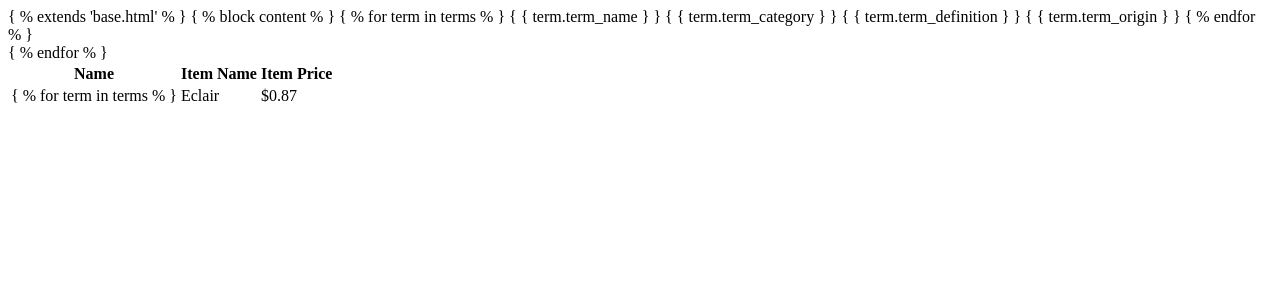
Repository: kalkiboru111/irish-dictionary-of-received-ideas
Page: http://localhost/get_terms
The author's editor kept a record of every edit. The page is drawn from the files as they stood at one moment, then again after the next edit.
The browser window is 1280 px wide. The pictures show the whole page.
The page is served by the project's application, run on Flask 3 (app.py). Queries for data that is not in the repository find no rows.

Above is the page before.

### templates/terms.html
{ % extends 'base.html' % }
{ % block content % }
{ % for term in terms % } { { term.term_name } } { { term.term_category } } { { term.term_definition } } { { term.term_origin } } { % endfor % }

<div class="container">
    <table class="striped centered responsive-table">
        <thead>
            <tr>
                <th>Name</th>
                <th>Item Name</th>
                <th>Item Price</th>
            </tr>
        </thead>

        <tbody>
            <tr>
                <td>
                    { % for term in terms % }
                </td>
                    { % endfor % }
                <td>Eclair</td>
                <td>$0.87</td>

            </tr>
        </tbody>
    </table>
</div>

### app.py
import os
from flask import Flask, render_template, redirect, request, url_for
from flask_pymongo import PyMongo
from bson.objectid import ObjectId

app = Flask(__name__)

app.config['MONGO_DBNAME'] = 'irish_dictionary'
app.config["MONGO_URI"] = os.getenv("MONGO_URI")

mongo = PyMongo(app)

@app.route('/')

# View directs user to terms page
@app.route('/get_terms')
def get_terms():
    return render_template("terms.html", terms=mongo.db.terms.find())


if __name__ == '__main__':
    app.run(host=os.environ.get('IP'),
            port=int(os.environ.get('PORT')),
            debug=True)

After the next edit:
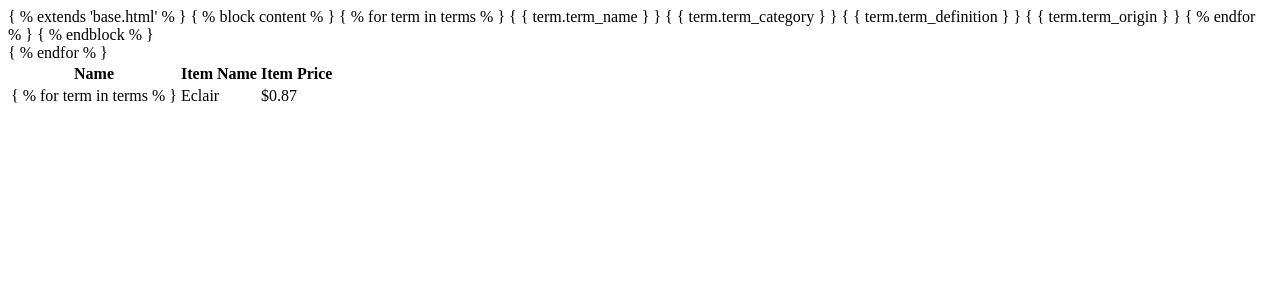
The edit:
--- a/templates/terms.html
+++ b/templates/terms.html
@@ -1,7 +1,12 @@
 { % extends 'base.html' % }
 { % block content % }
-{ % for term in terms % } { { term.term_name } } { { term.term_category } } { { term.term_definition } } { { term.term_origin } } { % endfor % }
-
+{ % for term in terms % }
+{ { term.term_name } }
+{ { term.term_category } }
+{ { term.term_definition } }
+{ { term.term_origin } }
+{ % endfor % }
+{ % endblock % }
 <div class="container">
     <table class="striped centered responsive-table">
         <thead>
